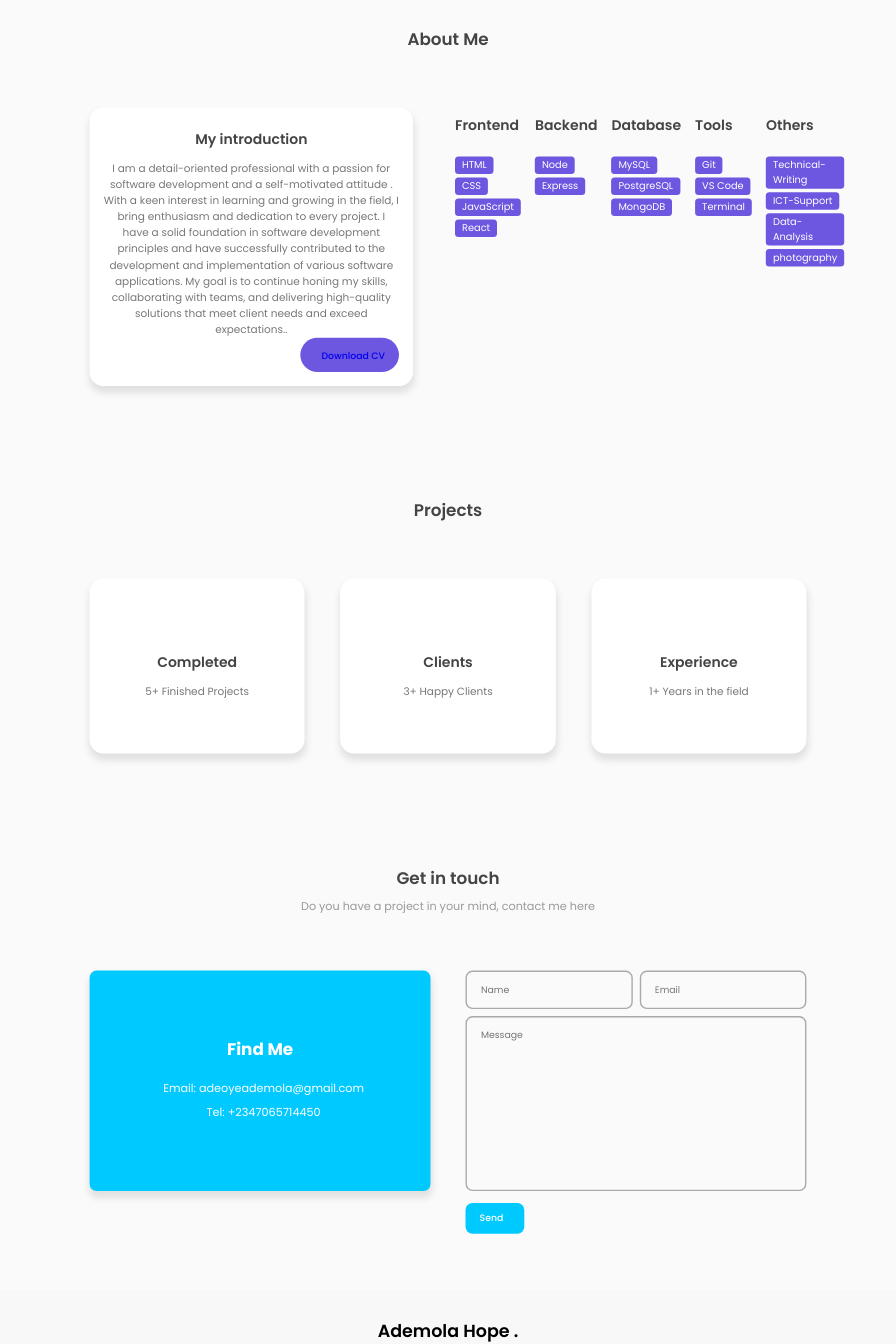
Repository: adehope1/My_Portfoilo
Page: port/index.html
An editor plug-in stored every save of this project. The page is shown before and after the next save, followed by the edit.
The browser window is 1280 px wide. The pictures show the part of the page from y = 762 to 2682 px (the page is 2928 px tall), at 70% of full size.
Some icons come from a web library that is not loaded, so they are not drawn.

Above is the page before, as saved 2024-09-01 21:42:51.
Not found: port/assest/
Not found: port/assets/css/style.css
Not found: port/assets/js/main.js

After the next save:
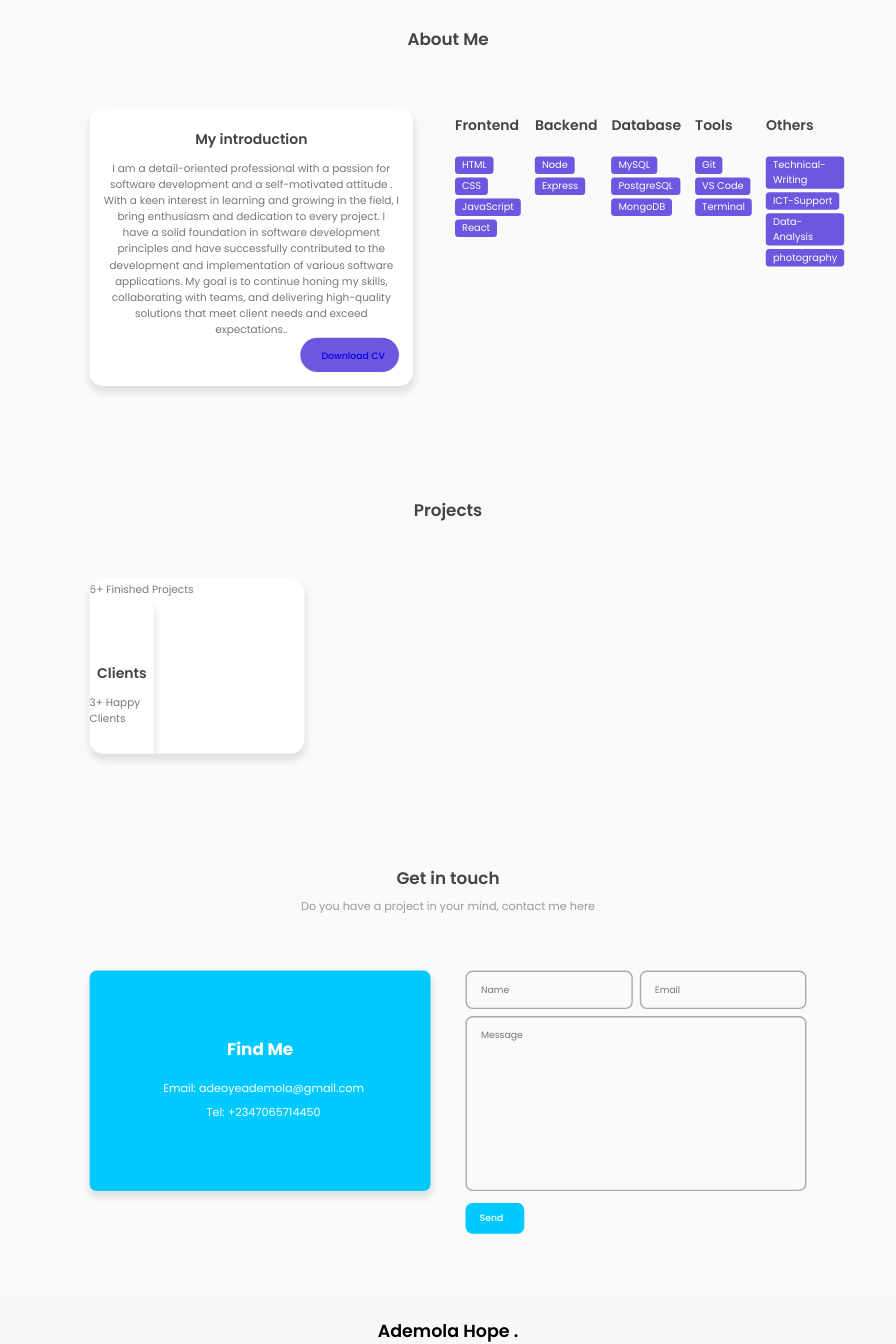
Saved 4 s later.
--- a/port/index.html
+++ b/port/index.html
@@ -174,7 +174,22 @@
           </div>
           <div class="project-container">
             <div class="project-box">
-
+                <div class="proCont">
+                    <div class="cnt1">
+                        <div class="nameP">
+                            <div class="textHome">
+                                <h2 id="exp">Expense Buddy</h2>
+                                <p id="expe">
+                                    A simple expense tracker application that helps <br>
+                                    users personal money management totally effortless,<br>
+                                    track users expenses and aid spending according to <br> the set up budget.
+                                </p>
+                                <a href="https://cybogsail.000webhostapp.com/"><button type="button" id="btn3">View
+                                        Project</button></a>
+
+                            </div>
+
+                        </div>
                 <i class="uil uil-briefcase-alt"></i>
                 <h3>Completed</h3>
                 <label>5+ Finished Projects</label>

After the save that followed:
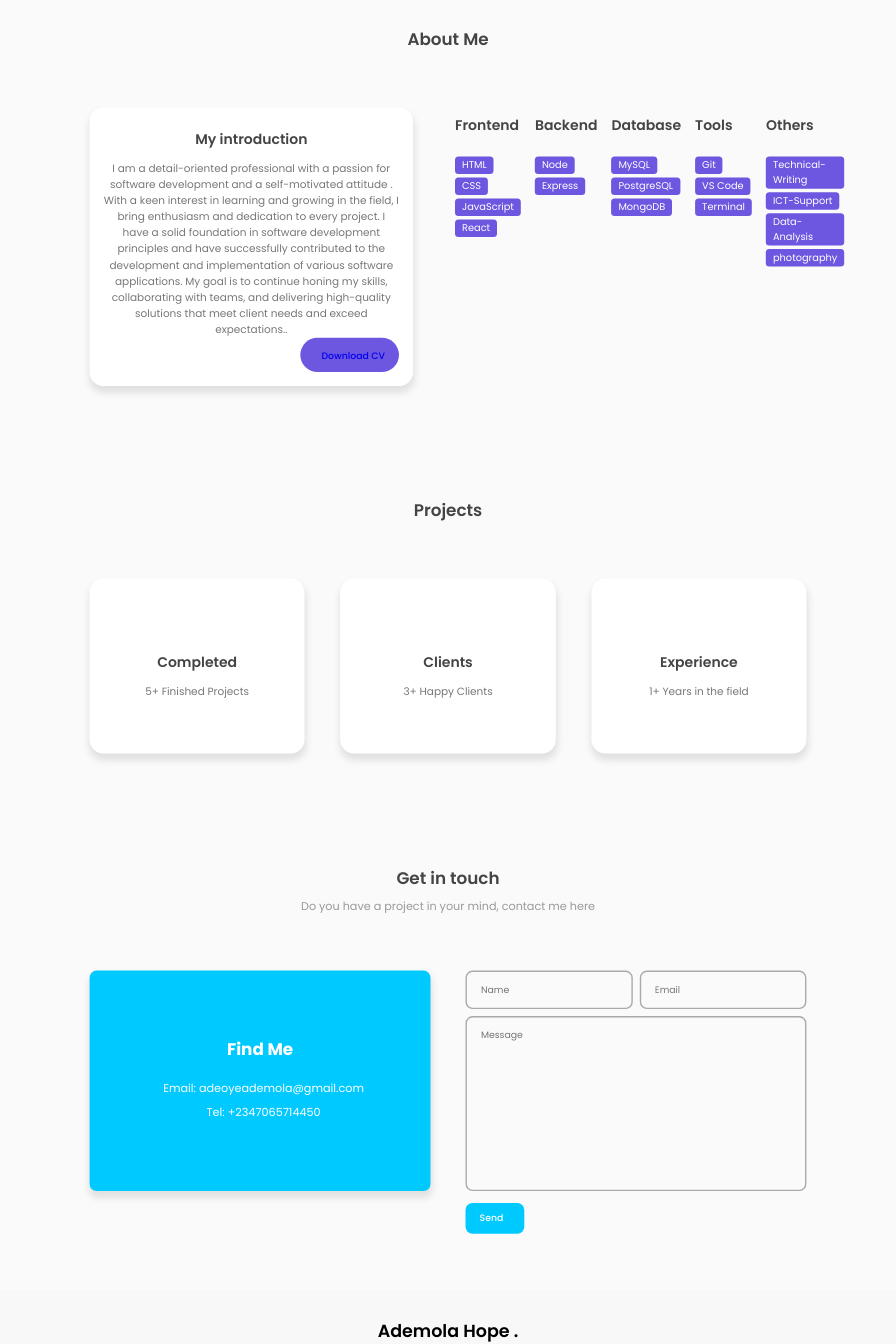
Saved 39 s later.
--- a/port/index.html
+++ b/port/index.html
@@ -174,22 +174,7 @@
           </div>
           <div class="project-container">
             <div class="project-box">
-                <div class="proCont">
-                    <div class="cnt1">
-                        <div class="nameP">
-                            <div class="textHome">
-                                <h2 id="exp">Expense Buddy</h2>
-                                <p id="expe">
-                                    A simple expense tracker application that helps <br>
-                                    users personal money management totally effortless,<br>
-                                    track users expenses and aid spending according to <br> the set up budget.
-                                </p>
-                                <a href="https://cybogsail.000webhostapp.com/"><button type="button" id="btn3">View
-                                        Project</button></a>
-
-                            </div>
-
-                        </div>
+
                 <i class="uil uil-briefcase-alt"></i>
                 <h3>Completed</h3>
                 <label>5+ Finished Projects</label>
